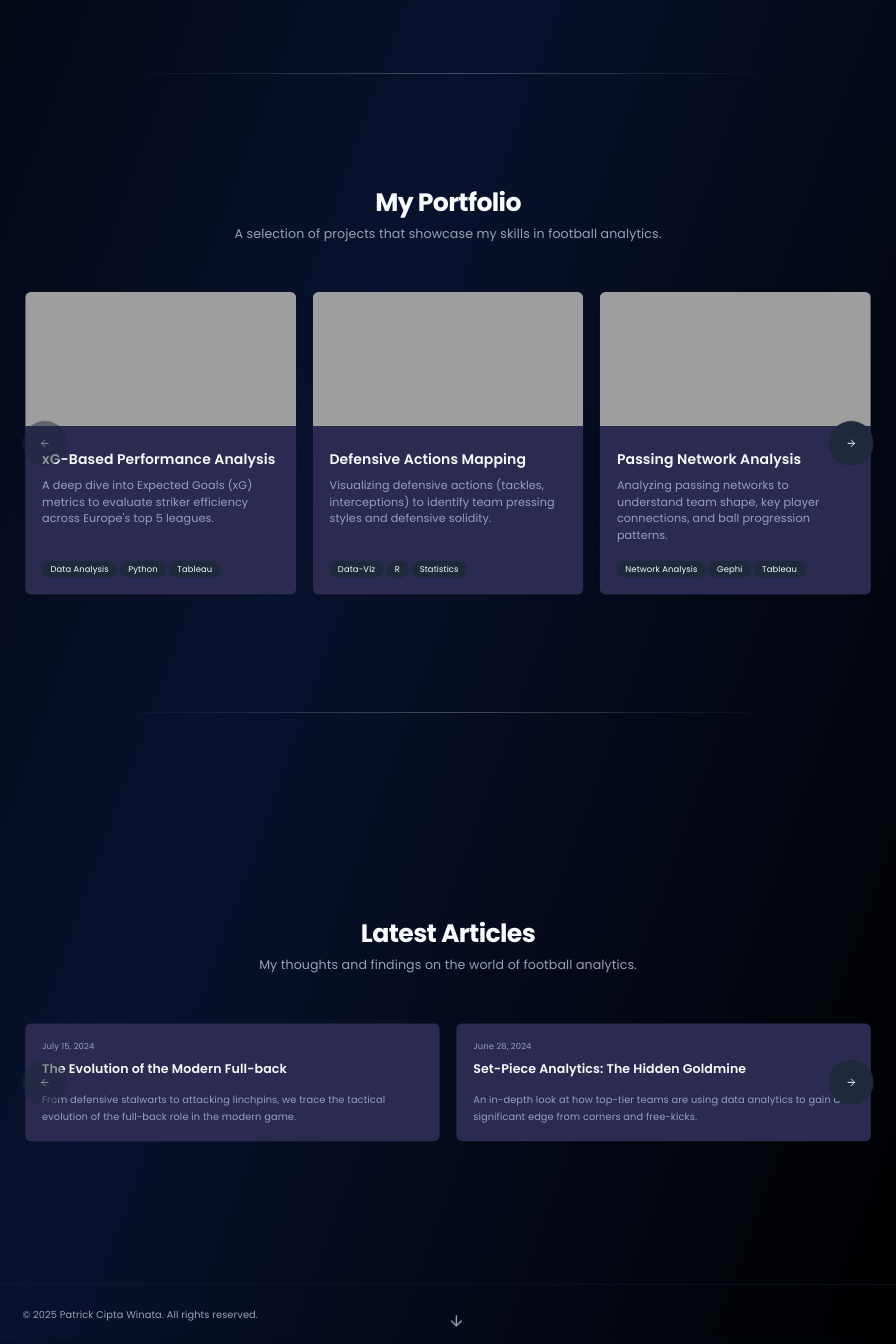
Repository: patrick-cw/my-portfolio
Page: /
These files come from the project's save history. The page is drawn as it stood at one moment and after the next save; the edit follows.
The browser window is 1280 px wide. The pictures show the part of the page from y = 1625 to 3545 px (the page is 3545 px tall), at 70% of full size.
Pictures or frames that could not be fetched are drawn as grey boxes. The project was rebuilt for these pictures with package versions that can differ from the ones it lists, and the page was loaded fresh each time. The framework's server and built-in components were replaced by stand-ins that run in the browser. Also part of the build but not shown: next.config.ts.

Above is the page before, as saved 2025-08-31 03:19:03.

After the next save:
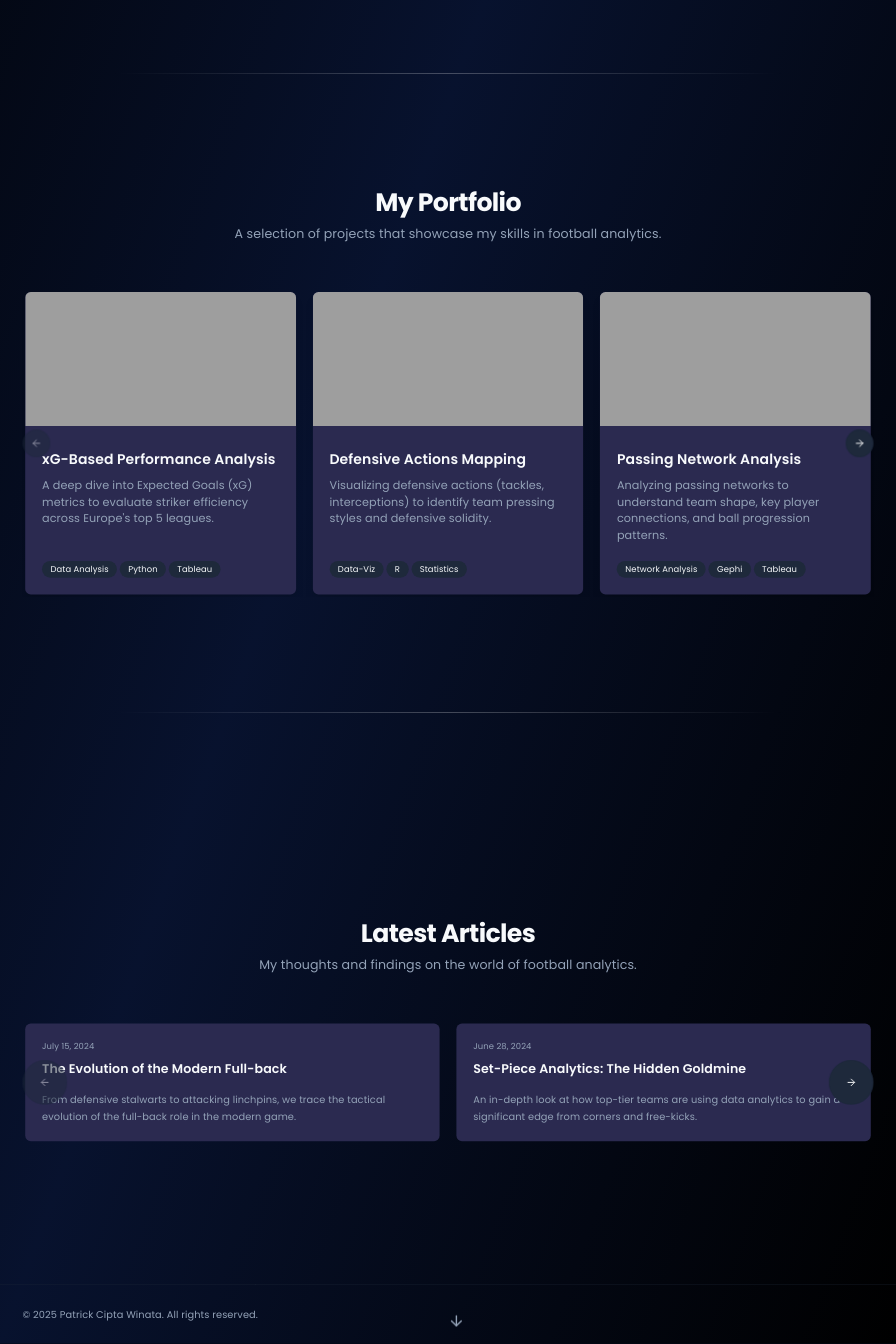
Saved 49 s later.
--- a/src/app/page.tsx
+++ b/src/app/page.tsx
@@ -155,8 +155,8 @@ function PortfolioSection() {
                   </CarouselItem>
                 ))}
               </CarouselContent>
-              <CarouselPrevious className="ml-12 h-16 w-16 bg-accent hover:bg-primary" variant="default" />
-              <CarouselNext className="mr-12 h-16 w-16 bg-accent hover:bg-primary" variant="default" />
+              <CarouselPrevious className="ml-12 h-10 w-10 bg-accent hover:bg-primary" />
+              <CarouselNext className="mr-12 h-10 w-10 bg-accent hover:bg-primary"/>
             </Carousel>
           </div>
         </div>
@@ -239,8 +239,8 @@ function ArticlesSection() {
                     </CarouselItem>
                   ))}
                 </CarouselContent>
-                <CarouselPrevious className="ml-12 h-16 w-16 bg-accent hover:bg-primary" variant="default" />
-                <CarouselNext className="mr-12 h-16 w-16 bg-accent hover:bg-primary" variant="default" />
+                <CarouselPrevious className="ml-12 h-16 w-16 bg-accent hover:bg-primary" />
+                <CarouselNext className="mr-12 h-16 w-16 bg-accent hover:bg-primary"/>
               </Carousel>
             </div>
           </div>
